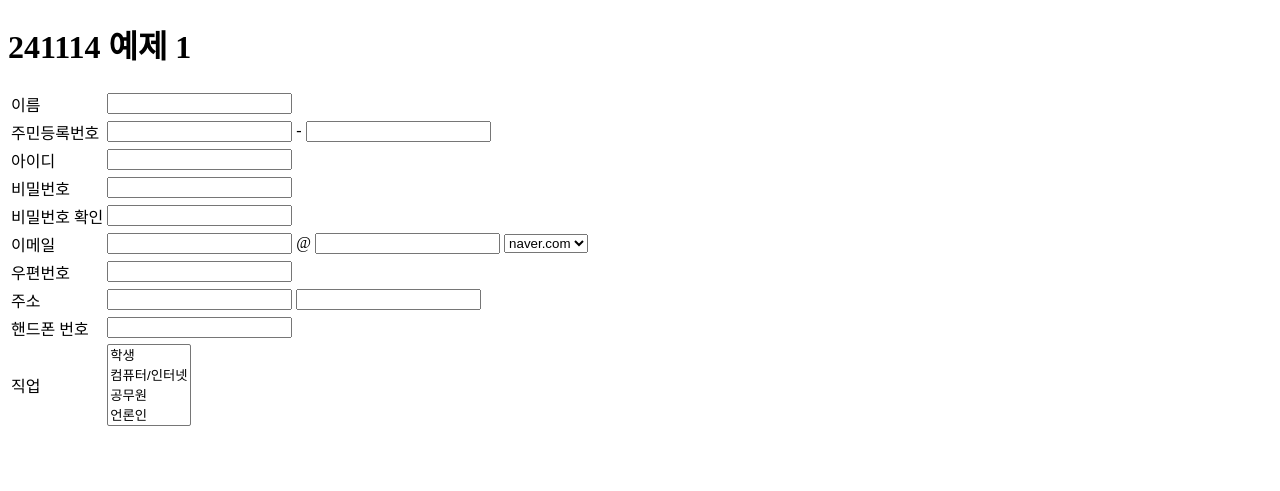
Repository: jsunnypi/JSP
Page: http://localhost/Test/inputForm.jsp
These files come from the project's save history. The page is drawn as it stood at one moment and after the next save; the edit follows.
The browser window is 1280 px wide. The pictures show the whole page.
The page is served by Tomcat 9.

Above is the page before, as saved 2024-11-14 03:46:36.

### Test/src/main/webapp/inputForm.jsp
<%@ page language="java" contentType="text/html; charset=UTF-8"
    pageEncoding="UTF-8"%>
<!DOCTYPE html>
<html>
<head>
<meta charset="UTF-8">
<title>Insert title here</title>
</head>
<body>
	<h1>241114 예제 1</h1>
	<form method="post" action="inputlist.jsp">
		<table>
			<tr>
				<td> 이름 </td>
				<td>
					<input type="text" name="name" size="20">
				</td>
			</tr>

			<tr>
				<td> 주민등록번호 </td>
				<td>
					<input type="text" name="bd" size="20">
				</td>
				<td> -
					<input type="password" name="bd" size="20">
				</td>
			</tr>

			<tr>
				<td> 아이디 </td>
				<td>
					<input type="text" name="id" size="20">
				</td>
			</tr>

			<tr>
				<td> 비밀번호 </td>
				<td>
					<input type="password" name="pw" size="20">
				</td>
			</tr>

			<tr>
				<td> 비밀번호 확인 </td>
				<td>
					<input type="password" name="pwcheck" size="20">
				</td>
			</tr>

			<tr>
				<td> 이메일 </td>
				<td>
					<input type="text" name="email" size="20">
				</td>
				<td> @
					<input type="text" name="com" size=20>
				</td>
				<td>
					<select id="email" name="com" size="1">
						<option value="네이버">naver.com</option>
						<option value="다음">daum.net</option>
						<option value="구글">gmail.com</option>
						<option value="네이트">nate.com</option>
					</select>
				</td>
			</tr>

			<tr>
				<td> 우편번호 </td>
				<td>
					<input type="text" name="postnumber" size=20>
				</td>
			</tr>

			<tr>
				<td> 주소 </td>
				<td>
					<input type="text" name="addr" size=20>
				</td>
				<td>
					<input type="text" name="addr2" size=20>
				</td>
			</tr>

			<tr>
				<td> 핸드폰 번호 </td>
				<td>
					<input type="text" name="phone" size=20>
				</td>
			</tr>

			<tr>
				<td> 직업 </td>
				<td>
					<select size="4">
						<option value="학생">학생</option>
						<option value="컴퓨터/인터넷">컴퓨터/인터넷</option>
						<option value="공무원">공무원</option>
						<option value="언론인">언론인</option>

					</select>
				</td>
			</tr>
























		</table>

	</form>

</body>
</html>

After the next save:
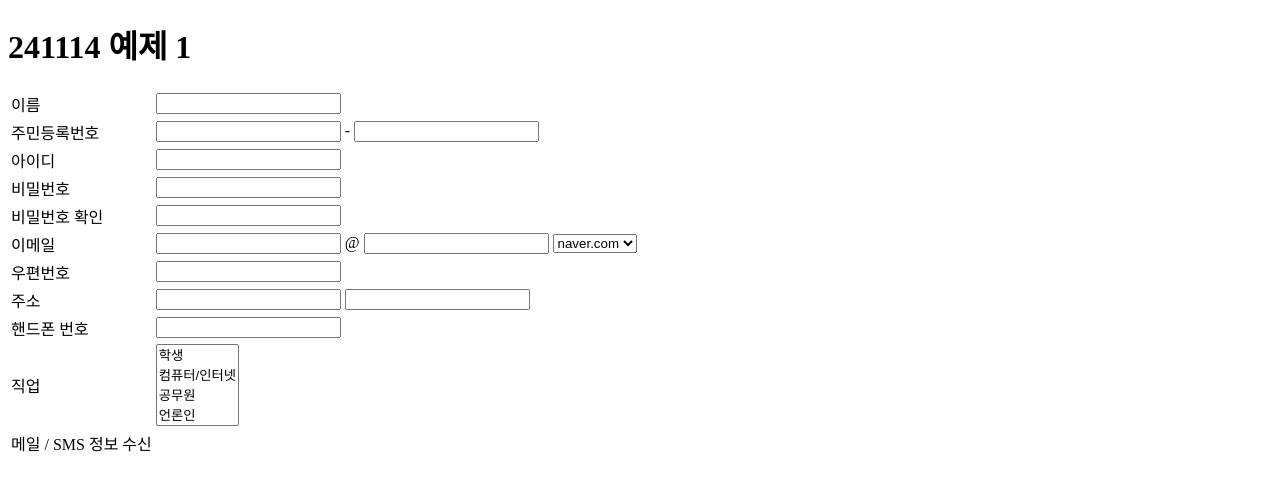
Saved 40 s later.
--- a/Test/src/main/webapp/inputForm.jsp
+++ b/Test/src/main/webapp/inputForm.jsp
@@ -103,6 +103,9 @@
 				</td>
 			</tr>
 
+			<tr>
+				<td> 메일 / SMS 정보 수신</td>
+			</tr>
 
 
 
